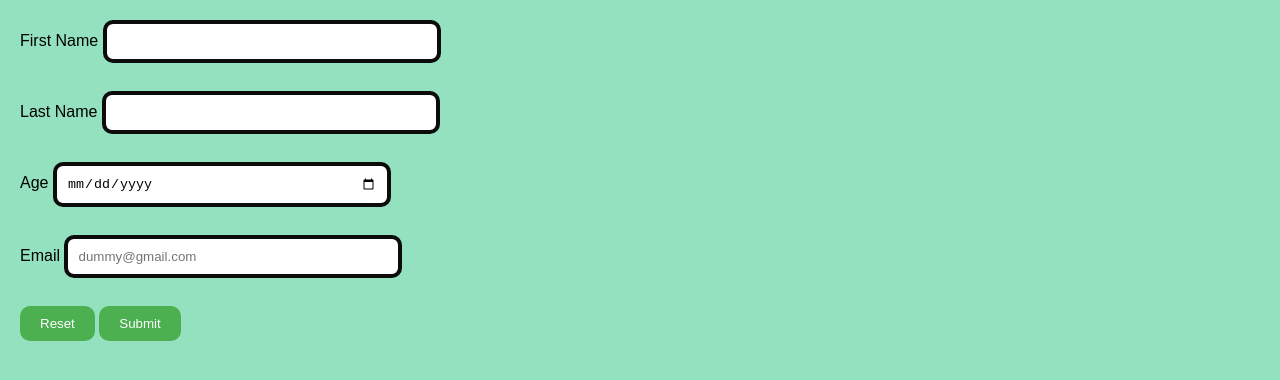
Repository: Haakim19/web-dev
Page: form.html
An editor plug-in stored every save of this project. The page is shown before and after the next save, followed by the edit.
The browser window is 1280 px wide. The pictures show the whole page.

Above is the page before, as saved 2024-06-02 17:02:17.

### form.html
<!DOCTYPE html>
<html lang="en">
<head>
    <meta charset="UTF-8">
    <meta name="viewport" content="width=device-width, initial-scale=1.0">
    <link rel="stylesheet" type = "text/css" href = "form.css">
    <title>Form</title>
</head>
<body>
    <form action="form.php" method = "POST">
       <div>
            <label for="fname">First Name</label>
            <input type="fname" name = "fname" id = "fname" required>
       </div>

       <br>

        <div>
            <label for="lname">Last Name</label>
            <input type="lname" name = "lname" id = "lname" required>

        </div>

        <br>

        <div>
            <label for="bday">Age</label>
            <input type="date" name = "bday" id = "day" placeholder="yyyy-mm-dd" required>

        </div>

        <br>

        <div>
            <label for="email">Email</label>
            <input type="email" name = "email" id = "email" required placeholder="dummy@gmail.com">

        </div>


        <br>

        <input type="reset" value = "Reset">
        <input type="submit" value = "Submit">

    </form>
</body>
</html>

### form.css
body {
    font-family: Arial, Helvetica, sans-serif, sans-serif;
    background-color: #94e1bf;
    margin: 10px;
    padding: 10px;
    justify-content: center;
    align-items: center;
}
/* Reset default form styles */
form {
    margin: 0;
    padding: 0;

}

/* Style form elements */
input[type="fname"]{
    width: 25%;
    padding: 10px;
    margin-bottom: 10px;
    border: 4px solid #0d0c0c;
    border-radius: 10px;
    justify-content: center ;
    align-items: center;
}
input[type="lname"]{
    width: 25%;
    padding: 10px;
    margin-bottom: 10px;
    border: 4px solid #0d0c0c;
    border-radius: 10px;
    justify-content: center;
    align-items: center;
}
input[type="email"]{
    width: 25%;
    padding: 10px;
    margin-bottom: 10px;
    border: 4px solid #0d0c0c;
    border-radius: 10px;
    justify-content: center;
    align-items: center;
}
input[type="date"]{
    width: 25%;
    padding: 10px;
    margin-bottom: 10px;
    border: 4px solid #0d0c0c;
    border-radius: 10px;
    justify-content: center;
    align-items: center;
}

input[type="submit"] {
    background-color: #4CAF50;
    color: white;
    padding: 10px 20px;
    border: none;
    border-radius: 10px;
    cursor: pointer;
    justify-content: center;
    align-items: center;

}

input[type="submit"]:hover {
    background-color: #f7f7f7;
}
input[type = "reset"] {
    background-color: #4CAF50;
    color: white;
    padding: 10px 20px;
    border: none;
    border-radius: 10px;
    cursor: pointer;
    justify-content: center;
    align-items: center;
}

input [type = "reset"]:hover {
    background-color: #f9f9f9;
}

After the next save:
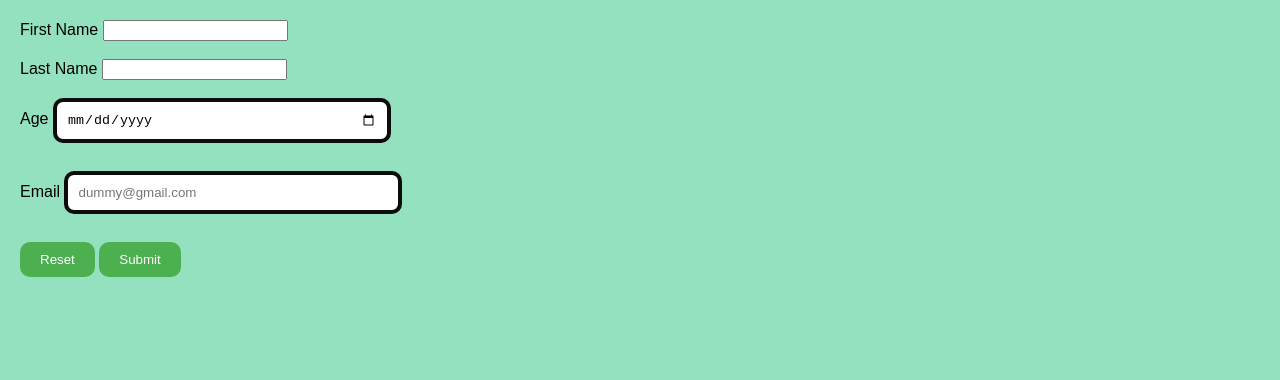
Saved 2 min 57 s later.
--- a/form.css
+++ b/form.css
@@ -1,82 +1,42 @@
+/* Body Styles */
 body {
-    font-family: Arial, Helvetica, sans-serif, sans-serif;
+    font-family: Arial, Helvetica, sans-serif;
     background-color: #94e1bf;
     margin: 10px;
     padding: 10px;
-    justify-content: center;
-    align-items: center;
-}
-/* Reset default form styles */
-form {
+  }
+
+  /* Reset default form styles */
+  form {
     margin: 0;
     padding: 0;
+  }
 
-}
-
-/* Style form elements */
-input[type="fname"]{
+  /* Style form elements */
+  input[type="text"],
+  input[type="email"],
+  input[type="date"] {
     width: 25%;
     padding: 10px;
     margin-bottom: 10px;
     border: 4px solid #0d0c0c;
     border-radius: 10px;
-    justify-content: center ;
-    align-items: center;
-}
-input[type="lname"]{
-    width: 25%;
-    padding: 10px;
-    margin-bottom: 10px;
-    border: 4px solid #0d0c0c;
-    border-radius: 10px;
+    /* Remove these properties, not valid for text inputs */
     justify-content: center;
     align-items: center;
-}
-input[type="email"]{
-    width: 25%;
-    padding: 10px;
-    margin-bottom: 10px;
-    border: 4px solid #0d0c0c;
-    border-radius: 10px;
-    justify-content: center;
-    align-items: center;
-}
-input[type="date"]{
-    width: 25%;
-    padding: 10px;
-    margin-bottom: 10px;
-    border: 4px solid #0d0c0c;
-    border-radius: 10px;
-    justify-content: center;
-    align-items: center;
-}
+  }
 
-input[type="submit"] {
+  input[type="submit"],
+  input[type="reset"] {
     background-color: #4CAF50;
     color: white;
     padding: 10px 20px;
     border: none;
     border-radius: 10px;
     cursor: pointer;
-    justify-content: center;
-    align-items: center;
+  }
 
-}
-
-input[type="submit"]:hover {
-    background-color: #f7f7f7;
-}
-input[type = "reset"] {
-    background-color: #4CAF50;
-    color: white;
-    padding: 10px 20px;
-    border: none;
-    border-radius: 10px;
-    cursor: pointer;
-    justify-content: center;
-    align-items: center;
-}
-
-input [type = "reset"]:hover {
-    background-color: #f9f9f9;
-}
+  input[type="submit"]:hover,
+  input[type="reset"]:hover {
+    background-color: #f7f7f7; /* Consistent hover color for both buttons */
+  }

After the save that followed:
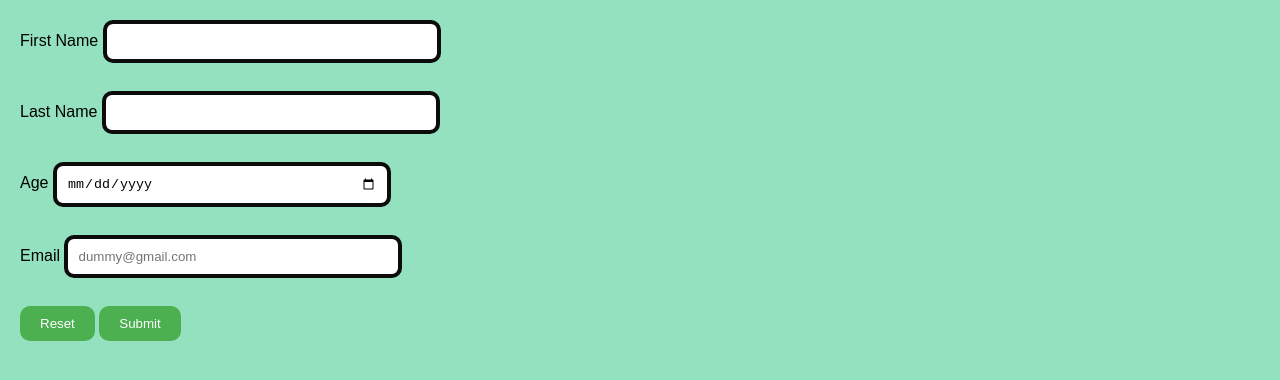
Saved 42 s later.
--- a/form.css
+++ b/form.css
@@ -1,42 +1,80 @@
-/* Body Styles */
 body {
     font-family: Arial, Helvetica, sans-serif;
     background-color: #94e1bf;
     margin: 10px;
     padding: 10px;
-  }
-
-  /* Reset default form styles */
-  form {
+}
+/* Reset default form styles */
+form {
     margin: 0;
     padding: 0;
-  }
 
-  /* Style form elements */
-  input[type="text"],
-  input[type="email"],
-  input[type="date"] {
+}
+
+/* Style form elements */
+input[type="fname"]{
     width: 25%;
     padding: 10px;
     margin-bottom: 10px;
     border: 4px solid #0d0c0c;
     border-radius: 10px;
-    /* Remove these properties, not valid for text inputs */
+    justify-content: center ;
+    align-items: center;
+}
+input[type="lname"]{
+    width: 25%;
+    padding: 10px;
+    margin-bottom: 10px;
+    border: 4px solid #0d0c0c;
+    border-radius: 10px;
     justify-content: center;
     align-items: center;
-  }
+}
+input[type="email"]{
+    width: 25%;
+    padding: 10px;
+    margin-bottom: 10px;
+    border: 4px solid #0d0c0c;
+    border-radius: 10px;
+    justify-content: center;
+    align-items: center;
+}
+input[type="date"]{
+    width: 25%;
+    padding: 10px;
+    margin-bottom: 10px;
+    border: 4px solid #0d0c0c;
+    border-radius: 10px;
+    justify-content: center;
+    align-items: center;
+}
 
-  input[type="submit"],
-  input[type="reset"] {
+input[type="submit"] {
     background-color: #4CAF50;
     color: white;
     padding: 10px 20px;
     border: none;
     border-radius: 10px;
     cursor: pointer;
-  }
+    justify-content: center;
+    align-items: center;
 
-  input[type="submit"]:hover,
-  input[type="reset"]:hover {
-    background-color: #f7f7f7; /* Consistent hover color for both buttons */
-  }
+}
+
+input[type="submit"]:hover {
+    background-color: #f7f7f7;
+}
+input[type = "reset"] {
+    background-color: #4CAF50;
+    color: white;
+    padding: 10px 20px;
+    border: none;
+    border-radius: 10px;
+    cursor: pointer;
+    justify-content: center;
+    align-items: center;
+}
+
+input [type = "reset"]:hover {
+    background-color: #f9f9f9;
+}
